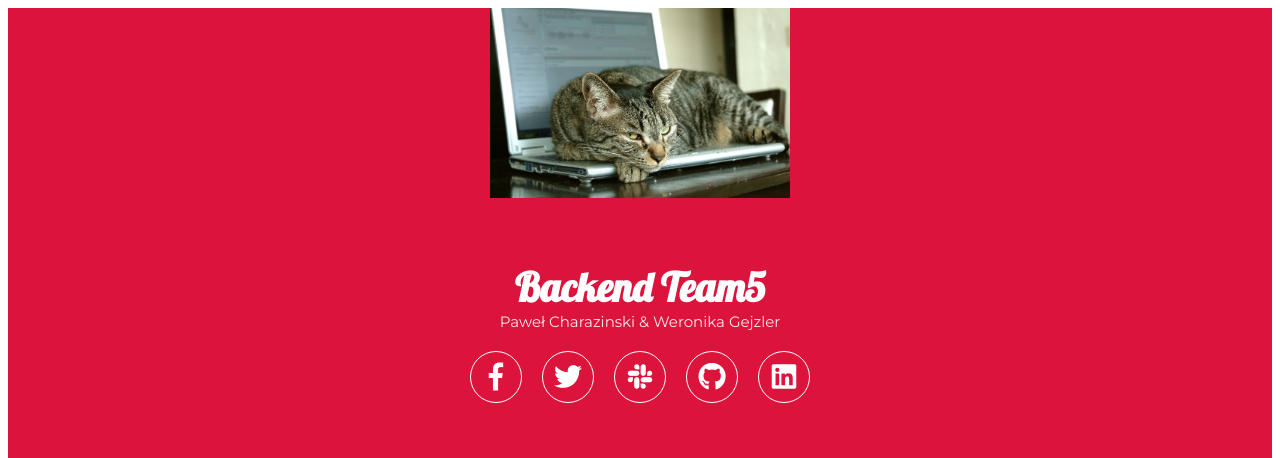
Repository: pietruszka/cc_proj1
Page: index.html
The author's editor kept a copy of each file at every save. The page is drawn from the files as they stood at one save, then again after the next save.
The browser window is 1280 px wide. The pictures show the part of the page from y = 0 to 458 px (the page is 1111 px tall).
Pictures or frames that could not be fetched are drawn as grey boxes. Some web libraries are served in a nearby version.

Above is the page before, as saved 2018-11-18 19:32:09.

After the next save:
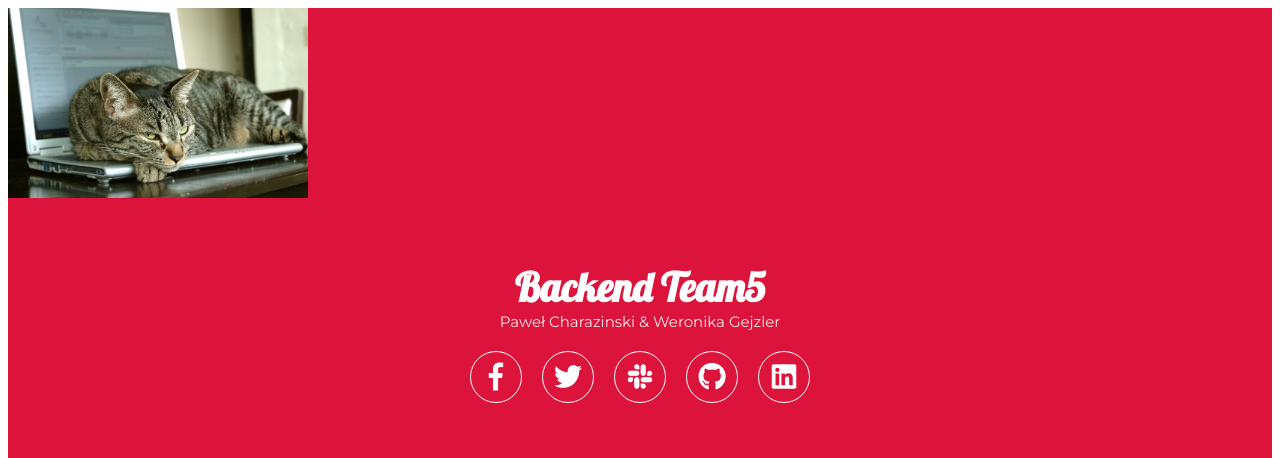
Saved 16 s later.
--- a/style.css
+++ b/style.css
@@ -21,8 +21,8 @@
 }
 #photo{
    display: flex;
-    justify-content: center;
-    align-content: flex-start;
+    /* justify-content: center;
+    align-content: flex-start; */
     grid-area: photo;
 }
 #photo1{
